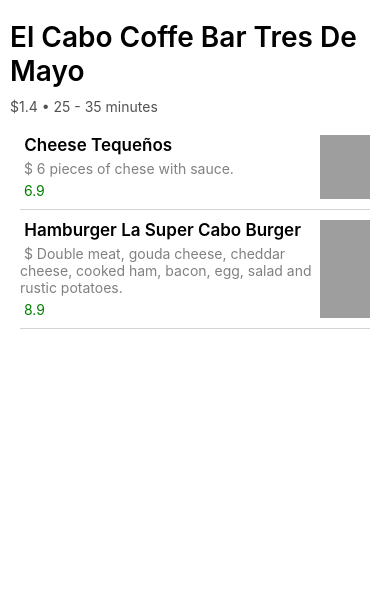
Repository: leroy-netizen/rn-uber-eats-client
Screen: /
The author's editor kept a copy of each file at every save. The screen is drawn from the files as they stood at one save, then again after the next save.
The pictures show rows 234 to 844 of an output 844 px tall.
Pictures or frames that could not be fetched are drawn as grey boxes. The app was drawn by React Native's web renderer in a window 390 px wide. The project was rebuilt for these pictures with package versions that can differ from the ones it lists, and the page was loaded fresh each time. Also part of the build but not shown: src/components/restaurantItem/RestaurantItem.jsx, src/screens/HomeScreen/index.js.

Above is the screen before, as saved 2023-01-16 16:53:41.

### App.js
import { StatusBar } from "expo-status-bar";
import { StyleSheet, Text, View, FlatList } from "react-native";
import HomeScreen from "./src/screens/HomeScreen/index.js";
import RestaurantDetails from "./src/screens/ResturantDetailsScreen/index.js";
export default function App() {
  return (
    <View style={styles.container}>
      {/* <HomeScreen /> */}
      <RestaurantDetails />
      <StatusBar style="light" />
    </View>
  );
}

const styles = StyleSheet.create({
  container: {
    flex: 1,
    backgroundColor: "#fff",
    alignItems: "center",
    justifyContent: "center",
    // padding: 10,
    // paddingVertical: 30,
  },
});

### src/screens/ResturantDetailsScreen/index.js
import { View, Text, Image, StyleSheet, FlatList } from "react-native";
import { Ionicons } from "@expo/vector-icons";
import restaurants from "../../../assets/data/restaurants.json";
import DishListItem from "../../components/DishListItem";
const restaurant = restaurants[0];
const RestaurantDetails = () => {
  return (
    <View style={styles.page}>
      <Image
        source={{ uri: restaurant.image }}
        style={styles.image}
        resizeMode="cover"
      />
      <View style={styles.iconContainer}>
        <Ionicons name="arrow-back-circle" size={35} color="white" />
      </View>
      <View style={styles.container}>
        <Text style={styles.title}>{restaurant.name}</Text>
        <Text style={styles.subtitle}>
          ${restaurant.deliveryFee} &#8226; {restaurant.minDeliveryTime} -{" "}
          {restaurant.maxDeliveryTime} minutes
        </Text>
          </View>
          <DishListItem dish={ restaurant.dishes[0]} />
          <DishListItem dish={ restaurant.dishes[1]} />
    </View>
  );
};

const styles = StyleSheet.create({
  page: {
    flex: 1,
  },
  image: {
    width: "100%",
    aspectRatio: 5 / 3,
  },
  iconContainer: {
    position: "absolute",
    top: 35,
    left: 15,
  },
  container: {
    margin: 10,
  },
  title: {
    fontWeight: "600",
    fontSize: 28,
    marginVertical: 10,
  },
  subtitle: {
    color: "#525252",
  },
});

export default RestaurantDetails;

### assets/data/restaurants.json
[
  {
    "id": "1",
    "name": "El Cabo Coffe Bar Tres De Mayo",
    "deliveryFee": 1.4,
    "minDeliveryTime": 25,
    "maxDeliveryTime": 35,
    "rating": 4.0,
    "image": "https://notjustdev-dummy.s3.us-east-2.amazonaws.com/uber-eats/restaurant1.jpeg",
    "dishes": [
      {
        "name": "Cheese Tequeños",
        "description": "6 pieces of chese with sauce.",
        "price": 6.9,
        "image": "https://notjustdev-dummy.s3.us-east-2.amazonaws.com/uber-eats/restaurant2.jpeg"
      },
      {
        "name": "Hamburger La Super Cabo Burger",
        "description": "Double meat, gouda cheese, cheddar cheese, cooked ham, bacon, egg, salad and rustic potatoes.",
        "price": 8.9,
        "image": "https://notjustdev-dummy.s3.us-east-2.amazonaws.com/uber-eats/restaurant3.jpeg"
      },
      {
        "name": "U.S.A. Burger",
        "description": "Beef, gouda cheese, cheddar cheese, cooked ham, bacon, egg and salad.",
        "price": 5.4
      },
      {
        "name": "Slices of Llanero Cheese",
        "description": "Ripe plantain with cheese and palm honey.",
        "price": 5.9
      },
      {
        "name": "Papas Locas El Cabo",
        "description": "French fries with shredded chicken, gouda cheese and ham.",
        "price": 7.9
      }
    ]
  },
  {
    "id": "2",
    "name": "Tony Roma's - C.C. Meridiano",
    "deliveryFee": 0.4,
    "minDeliveryTime": 25,
    "maxDeliveryTime": 35,
    "rating": 4.7,
    "image": "https://notjustdev-dummy.s3.us-east-2.amazonaws.com/uber-eats/restaurant2.jpeg",
    "dishes": [
      {
        "name": "Cajun Ribs",
        "description": "For lovers of a spicy touch. Ribs bathed in our Original sauce accompanied by Cajun spices. Served with French fries and coleslaw.",
        "price": 18.95
      },
      {
        "name": "The Original Baby Backs",
        "description": "The house specialty. Pork ribs cooked on the barbecue and marinated with our original barbecue sauce. Served with French fries and coleslaw.",
        "price": 19.95
      },
      {
        "name": "Carolina Honey",
        "description": "Our famous ribs marinated with our Carolina honey sauce, a mixture of honey with our original sauce. Ideal for those looking for a sweet touch. Served with French fries and coleslaw.",
        "price": 18.95,
        "image": "https://notjustdev-dummy.s3.us-east-2.amazonaws.com/uber-eats/restaurant2.jpeg"
      },
      {
        "name": "Onion Rings",
        "description": "Los tradicionales aros de cebolla de tony roma's dorados, crujientes y ligeros. Únicos en el mundo, acompañados de salsa BBQ.",
        "price": 6.95
      },
      {
        "name": "Nachos Tony Roma's",
        "description": "The best selling nachos! with our blend of melted cheeses, accompanied by guacamole, crispy bacon, ranch beans, and sour cream.",
        "price": 10.95
      }
    ]
  },
  {
    "id": "3",
    "name": "Brothers Barbecue",
    "deliveryFee": 1.4,
    "minDeliveryTime": 20,
    "maxDeliveryTime": 30,
    "rating": 4.3,
    "image": "https://notjustdev-dummy.s3.us-east-2.amazonaws.com/uber-eats/restaurant3.jpeg",
    "dishes": [
      {
        "name": "Burger Mustang",
        "description": "Homemade bread, burger sauce, lettuce, sweet and sour pickle, bacon, cheddar and BBQ sauce. Beef 180 grams.",
        "price": 5.9
      },
      {
        "name": "Alabama bread",
        "description": "Artisan bread, butter sauce, garlic, BBQ chicken and cheddar.",
        "price": 3.0
      },
      {
        "name": "New York Burger",
        "description": "Homemade bread, lettuce, burger sauce, 180 grams of beef, goat cheese and roasted apple.",
        "price": 5.9
      },
      {
        "name": "Mac & Cheese Burger",
        "description": "Homemade bread, lettuce, burger sauce, 180 grams of beef, mac and cheese, and American-style bacon.",
        "price": 5.9
      },
      {
        "name": "Nachos Brothers",
        "description": "Nachos, guacamole, cheddar sauce, beans, bacon, and cream cheese.",
        "price": 5.2
      }
    ]
  },
  {
    "id": "4",
    "name": "Hamburguesa Nostra La Salle",
    "deliveryFee": 0.9,
    "minDeliveryTime": 30,
    "maxDeliveryTime": 40,
    "rating": 4.5,
    "image": "https://notjustdev-dummy.s3.us-east-2.amazonaws.com/uber-eats/restaurant4.jpeg",
    "dishes": [
      {
        "name": "English burger",
        "description": "Beef with bacon, portobello mushrooms, tomato, cheddar cheese, grilled egg and our smoked sauce.",
        "price": 14.9
      },
      {
        "name": "Mexican Burger",
        "description": "Beef, with pico de gallo, veggie chili, cheddar cheese, guacamole and smoked sauce.",
        "price": 14.9
      },
      {
        "name": "Tequeños",
        "description": "Crispy sticks filled with melted cheese accompanied by tomato chutney.",
        "price": 9.9
      },
      {
        "name": "Starters Combo",
        "description": "Tequeños, crispy onion and chicken delicacies.",
        "price": 13.9
      },
      {
        "name": "Cesar Salad",
        "description": "Green sprouts, pieces of grilled bacon, chicken delicacies, grated Parmesan, muffin croutons and fried onion confetti dressed with Caesar sauce.",
        "price": 10.5
      }
    ]
  }
]

### src/components/DishListItem/index.js
import { View, Image, Text, FlatList, StyleSheet } from "react-native";

const DishListItem = ({ dish }) => {
  return (
    <View style={styles.container}>
      <View style={{ flex: 1 }}>
        <Text style={styles.name}> {dish.name}</Text>
        <Text style={styles.description}> $ {dish.description}</Text>
        <Text style={styles.price}> {dish.price}</Text>
      </View>
        <Image source={{ uri: dish.image }} style={styles.image} />
    </View>
  );
};

const styles = StyleSheet.create({
  container: {
    borderBottomColor: "lightgrey",
    marginHorizontal: 20,
    borderBottomWidth: 1,
    paddingVertical: 10,
    flexDirection: "row",
  },
  name: {
    fontSize: 17,
    fontWeight: "600",
  },
  price: {
    color: "green",
  },
  description: {
    color: "gray",
    marginVertical: 5,
  },
  image: {
    height: "100%",
    width: 50,
  },
});
export default DishListItem;

After the next save:
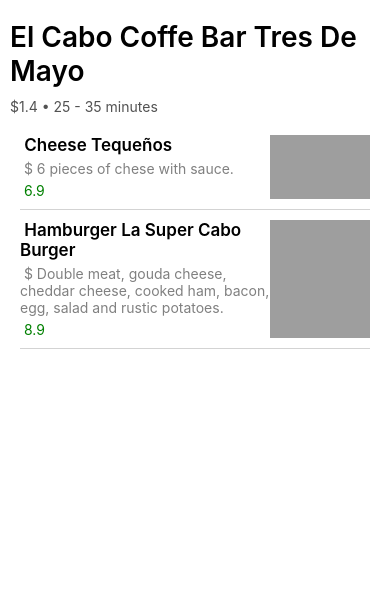
Saved 12 s later.
--- a/src/components/DishListItem/index.js
+++ b/src/components/DishListItem/index.js
@@ -34,7 +34,7 @@ const styles = StyleSheet.create({
   },
   image: {
     height: "100%",
-    width: 50,
+    width: 100,
   },
 });
 export default DishListItem;
